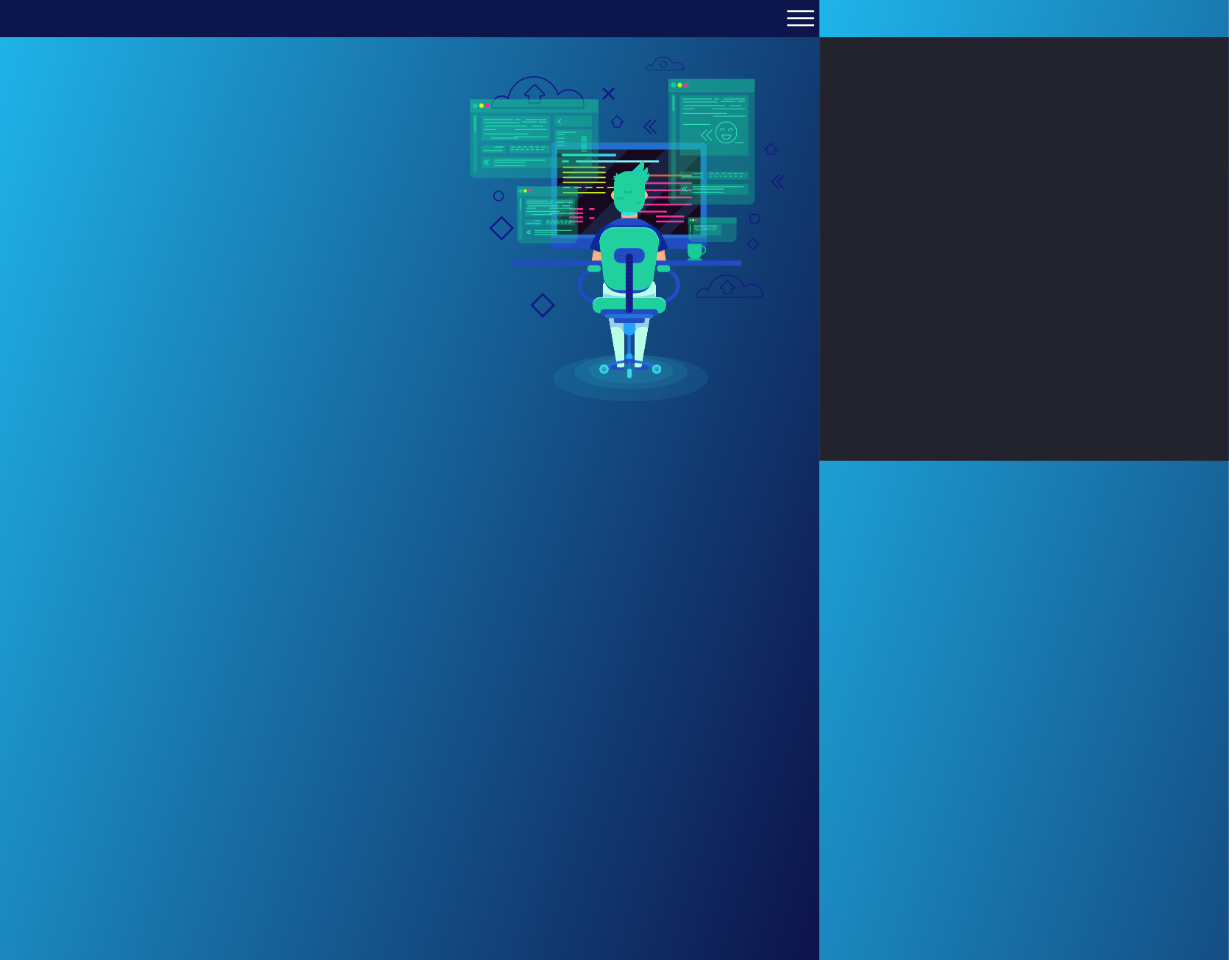
Repository: JuanPabloDS/portifolio
Page: http://localhost/
The author's editor kept a copy of each file at every save. The page is drawn from the files as they stood at one save, then again after the next save.
The browser window is 1280 px wide. The page is 1920 px wide, so the pictures cover 1920 px, including what lies to the right of the window. The pictures show the whole page, at 64% of full size.
The page is served by the project's application, run on Django 4.2 (manage.py). Other server files are loaded and not shown.

Above is the page before, as saved 2023-02-24 17:59:58.

### core/templates/index.html
{% extends 'base.html' %}

{% block content %}

{% include 'perfil.html' %}

{% include 'footer.html' %}

{% endblock %}

### core/templates/base.html
{% load static %}
<!DOCTYPE html>
<html lang="pt-br">
    <head>
        <!-- Required meta tags -->
        <meta charset="UTF-8">
        <meta http-equiv="X-UA-Compatible" content="IE=edge">
        <meta name="viewport" content="width=device-width, initial-scale=1.0">
        <title>Portifólio</title>
        <!-- Bootstrap CSS -->
        <link rel="stylesheet" href="{% static 'css/bootstrap.min.css' %}">
        <link rel="stylesheet" href="{% static 'css/style.css' %}">
    </head>
    <body>
        <div class="pos-f-t">
          <header>
            <nav>
              <div class="mobile-menu">
                <div class="line1"></div>
                <div class="line2"></div>
                <div class="line3"></div>
              </div>
              <ul class="nav-list">
                <li><a href="#">Início</a></li>
                <li><a href="#">Sobre</a></li>
                <li><a href="#">Projetos</a></li>
                <li><a href="#">Contato</a></li>
              </ul>
            </nav>
          </header>
{% block content %}
{% endblock %}

### core/templates/perfil.html
{% load static %}
<div class="perfil">
    <img src="{% static '/img/site/site.png' %}" alt="">
</div>

### core/templates/footer.html
{% load static %}
<!-- jQuery first, then Tether, then Bootstrap JS. -->
<script src="{% static 'js/script.js' %}"></script>
<script src="{% static 'js/jquery.js' %}"></script>
<script src="{% static 'js/bootstrap.js' %}" ></script>
<script src="{% static 'js/bootstrap.min.js' %}" ></script>
<script src="{% static 'js/bootstrap.bundle.js' %}" ></script>
<script src="{% static 'js/bootstrap.bundle.min.js' %}" ></script>
</body>
</html>

### core/views.py
from django.views.generic import TemplateView

class IndexView(TemplateView):
    template_name: str = 'index.html'

### portifolio/urls.py
"""portifolio URL Configuration

The `urlpatterns` list routes URLs to views. For more information please see:
    https://docs.djangoproject.com/en/4.1/topics/http/urls/
Examples:
Function views
    1. Add an import:  from my_app import views
    2. Add a URL to urlpatterns:  path('', views.home, name='home')
Class-based views
    1. Add an import:  from other_app.views import Home
    2. Add a URL to urlpatterns:  path('', Home.as_view(), name='home')
Including another URLconf
    1. Import the include() function: from django.urls import include, path
    2. Add a URL to urlpatterns:  path('blog/', include('blog.urls'))
"""
from django.contrib import admin
from django.urls import path, include

from django.conf.urls.static import static
from django.conf import settings

urlpatterns = [
    path('admin/', admin.site.urls),
    path('', include('core.urls')),
] + static(settings.MEDIA_URL, document_root=settings.MEDIA_ROOT)

### core/urls.py
from django.urls import path
from .views import IndexView

urlpatterns = [
    path('', IndexView.as_view(), name='index')
]

### core/static/css/style.css
/*! body */

body{
    margin: auto;
    height: 1500px;
    background:  linear-gradient( -0.2turn, #0d124a, #1fb5ea );
}

@media screen and (max-width: 600px) {
    body{
        width: 100%;
        margin: auto;
    }

}

/*! Menu */

* {
    margin: 0;
    padding: 0;
  }

  a {
    color: #fff;
    text-decoration: none;
    transition: 0.3s;
  }

  a:hover {
    opacity: 0.7;
  }


  nav {
    display: flex;
    align-items: center;
    font-family: system-ui, -apple-system, Helvetica, Arial, sans-serif;
    background: #0d154d;
    height: 8vh;
  }

  main {
    background: url("bg.jpg") no-repeat center center;
    background-size: cover;
    height: 92vh;
    float: right;
  }

  .nav-list {
    list-style: none;
    display: flex;
  }

  .nav-list li {
    letter-spacing: 3px;
    margin-left: 32px;
  }

  .mobile-menu {
    display: none;
    cursor: pointer;
    margin-left: auto;
  }

  .mobile-menu div {
    width: 42px;
    height: 3px;
    background: #fff;
    margin: 8px;
    transition: 0.3s;
  }

  @media (max-width: 100000px) {
    body {
      overflow-x: hidden;
    }
    .nav-list {
      position: absolute;
      top: 8vh;
      right: 0;
      width: 50vw;
      height: 92vh;
      background: #23232e;
      flex-direction: column;
      align-items: center;
      justify-content: space-around;
      transform: translateX(100%);
      transition: transform 0.3s ease-in;
    }
    .nav-list li {
      margin-left: 0;
      opacity: 0;
    }
    .mobile-menu {
      display: block;
    }
  }

  .nav-list.active {
    transform: translateX(0);
  }

  @keyframes navLinkFade {
    from {
      opacity: 0;
      transform: translateX(50px);
    }
    to {
      opacity: 1;
      transform: translateX(0);
    }
  }

  .mobile-menu.active .line1 {
    transform: rotate(-45deg) translate(-8px, 8px);
  }

  .mobile-menu.active .line2 {
    opacity: 0;
  }

  .mobile-menu.active .line3 {
    transform: rotate(45deg) translate(-5px, -7px);
  }


/*! Fim Menu inicial */

/*! Perfil */


.perfil img {
    width: 600px;
    height: 600px;
    float: right;
}

### core/static/js/script.js
class MobileNavbar {
    constructor(mobileMenu, navList, navLinks) {
      this.mobileMenu = document.querySelector(mobileMenu);
      this.navList = document.querySelector(navList);
      this.navLinks = document.querySelectorAll(navLinks);
      this.activeClass = "active";

      this.handleClick = this.handleClick.bind(this);
    }

    animateLinks() {
      this.navLinks.forEach((link, index) => {
        link.style.animation
          ? (link.style.animation = "")
          : (link.style.animation = `navLinkFade 0.5s ease forwards ${
              index / 7 + 0.3
            }s`);
      });
    }

    handleClick() {
      this.navList.classList.toggle(this.activeClass);
      this.mobileMenu.classList.toggle(this.activeClass);
      this.animateLinks();
    }

    addClickEvent() {
      this.mobileMenu.addEventListener("click", this.handleClick);
    }

    init() {
      if (this.mobileMenu) {
        this.addClickEvent();
      }
      return this;
    }
  }

  const mobileNavbar = new MobileNavbar(
    ".mobile-menu",
    ".nav-list",
    ".nav-list li",
  );
  mobileNavbar.init();

Loaded but not shown: core/static/css/bootstrap.min.css (library); core/static/js/jquery.js (library); core/static/js/bootstrap.js (library); core/static/js/bootstrap.min.js (library); core/static/js/bootstrap.bundle.js (library); core/static/js/bootstrap.bundle.min.js (library)

After the next save:
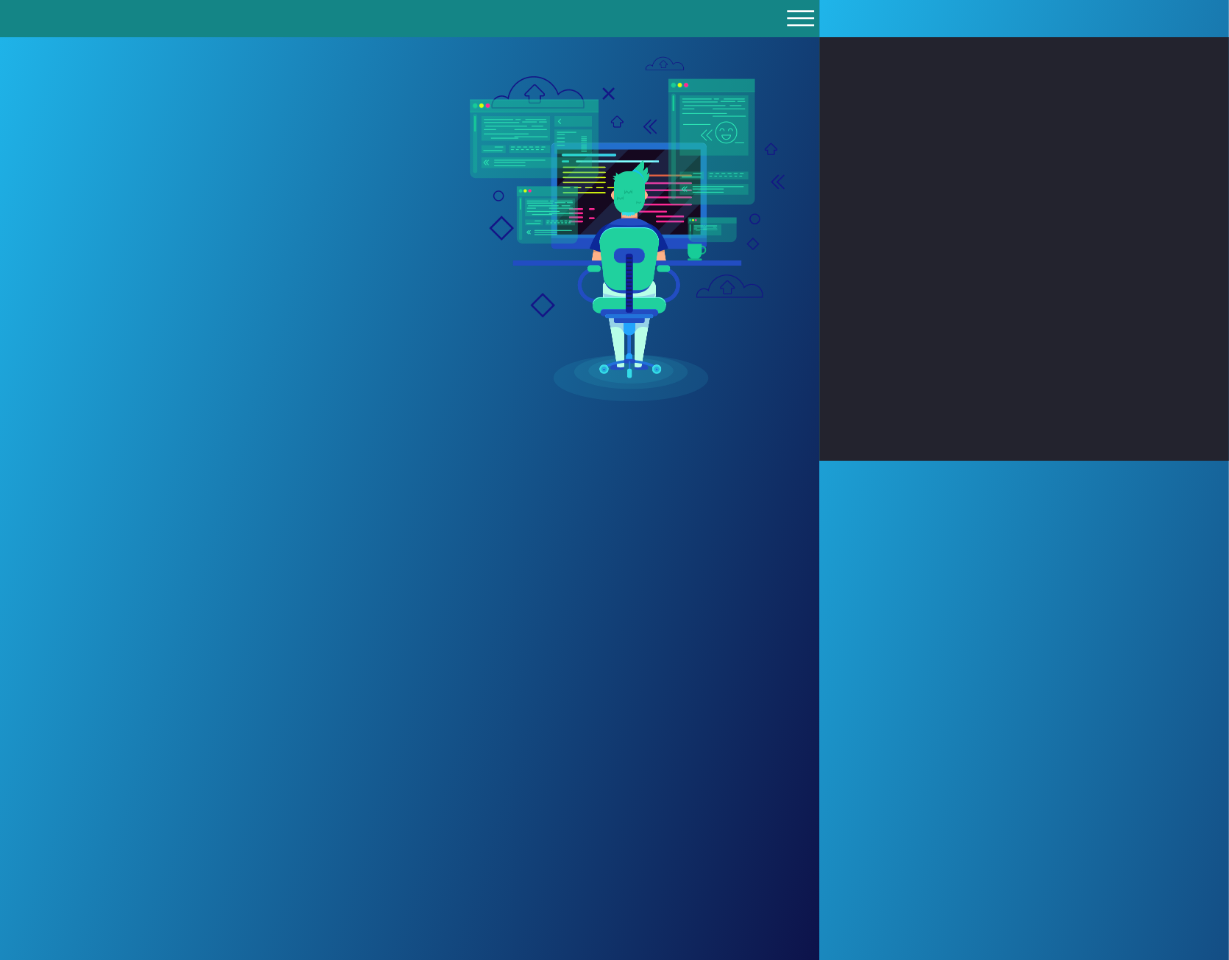
Saved 26 s later.
--- a/core/static/css/style.css
+++ b/core/static/css/style.css
@@ -36,7 +36,7 @@
     display: flex;
     align-items: center;
     font-family: system-ui, -apple-system, Helvetica, Arial, sans-serif;
-    background: #0d154d;
+    background: #148586;
     height: 8vh;
   }
 

After the save that followed:
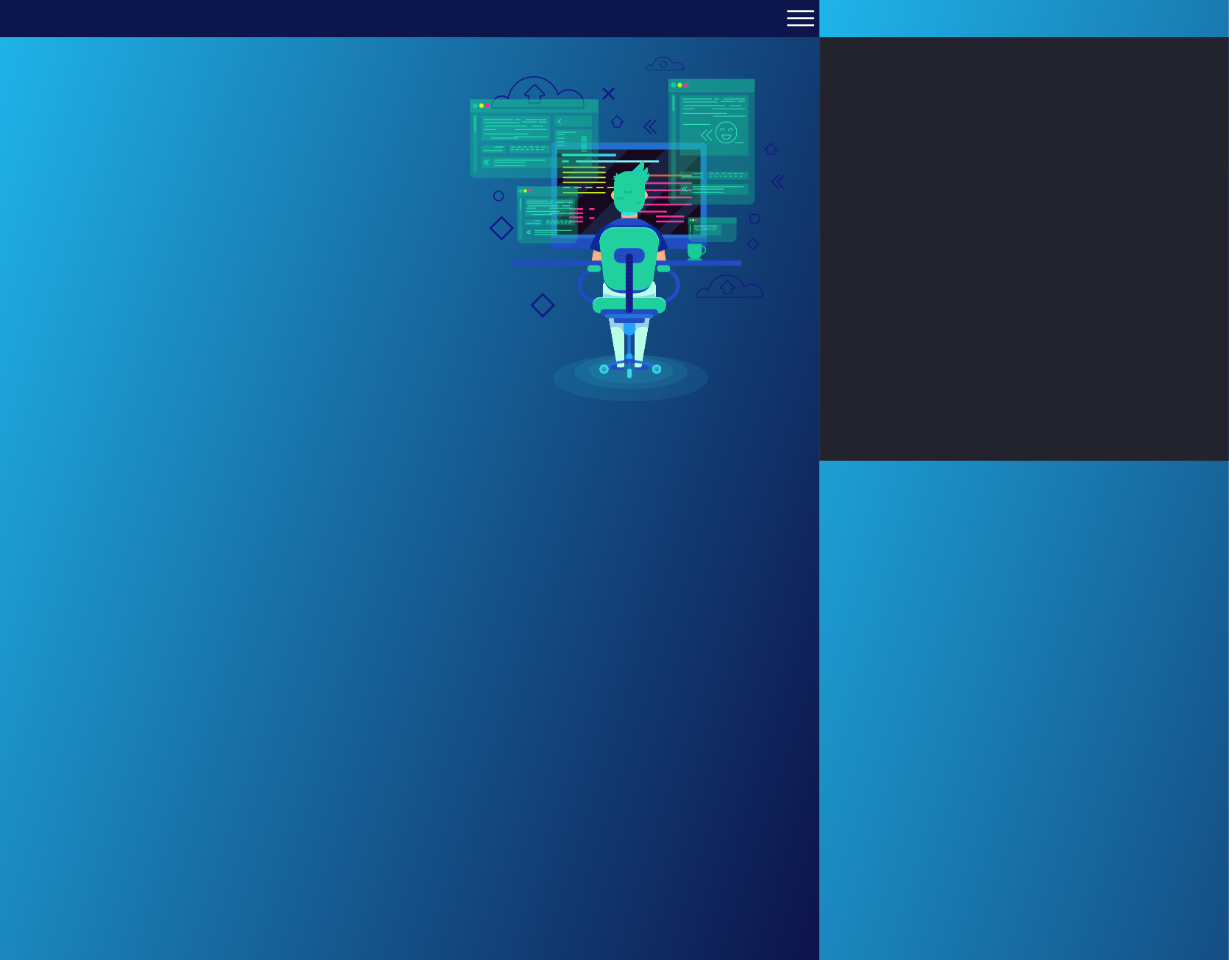
Saved 80 s later.
--- a/core/static/css/style.css
+++ b/core/static/css/style.css
@@ -36,7 +36,7 @@
     display: flex;
     align-items: center;
     font-family: system-ui, -apple-system, Helvetica, Arial, sans-serif;
-    background: #148586;
+    background: #0d154d;
     height: 8vh;
   }
 
